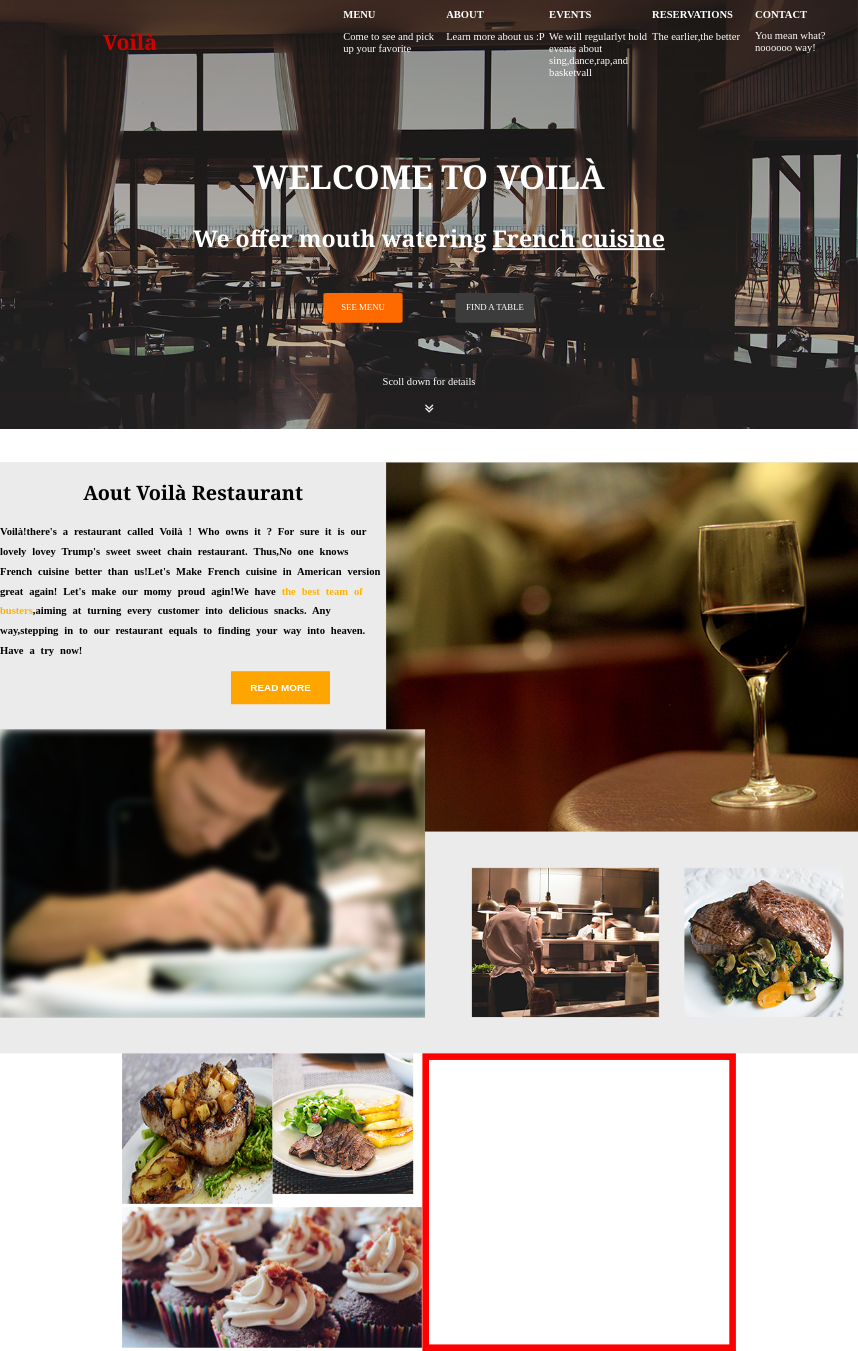
Repository: sis-shen/HTML_vsc
Page: adc_v2/index.html
An editor plug-in stored every save of this project. The page is shown before and after the next save, followed by the edit.
The browser window is 1280 px wide. The page is 1300 px wide, so the pictures cover 1300 px, including what lies to the right of the window. The pictures show the whole page, at 66% of full size.

Above is the page before, as saved 2023-08-17 09:10:38.

After the next save:
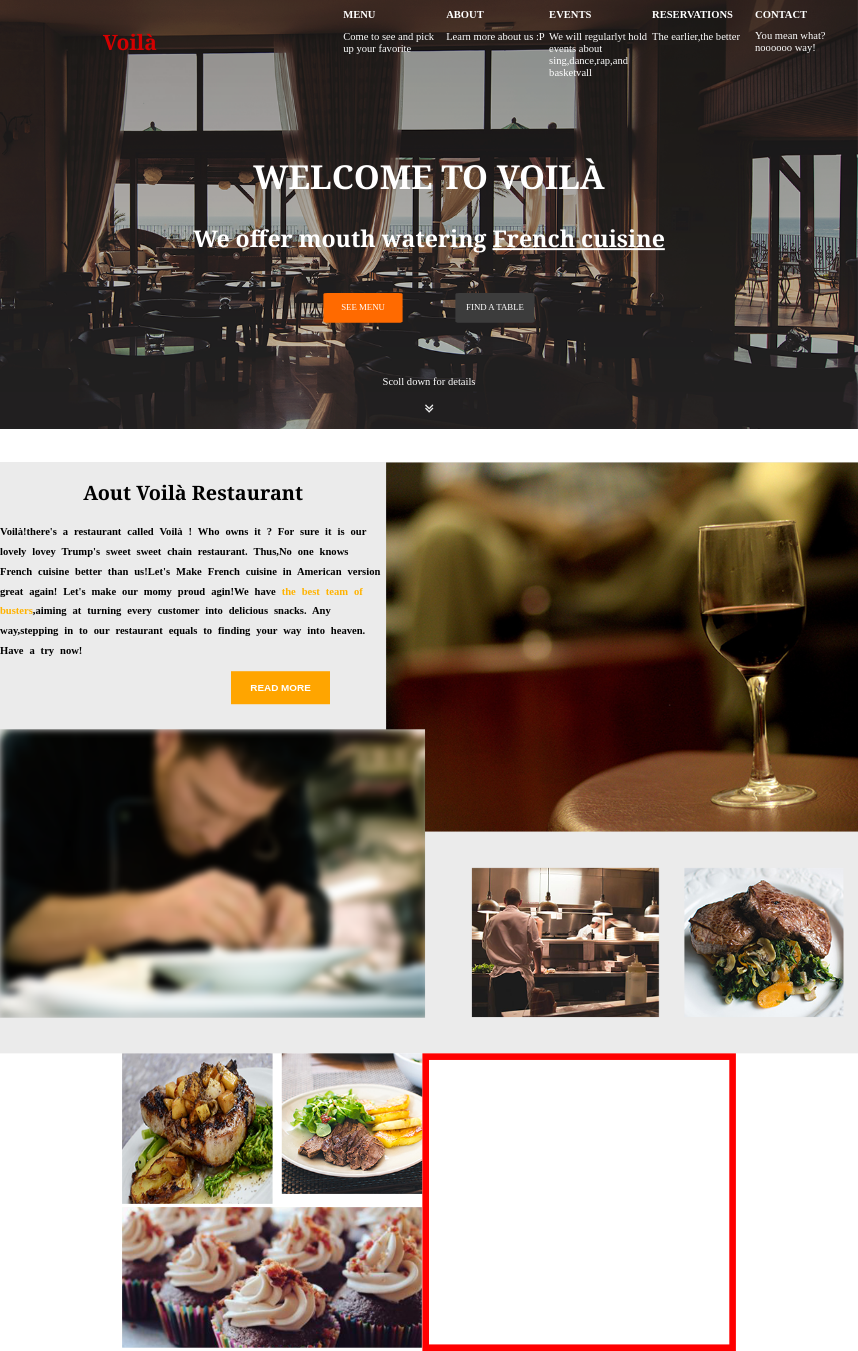
Saved 5 s later.
--- a/adc_v2/style.css
+++ b/adc_v2/style.css
@@ -272,7 +272,7 @@
                 width: 50%;
                 float: right;
                 img{
-                    float: left;
+                    float: right;
                 }
             }
         }

After the 2 saves that followed:
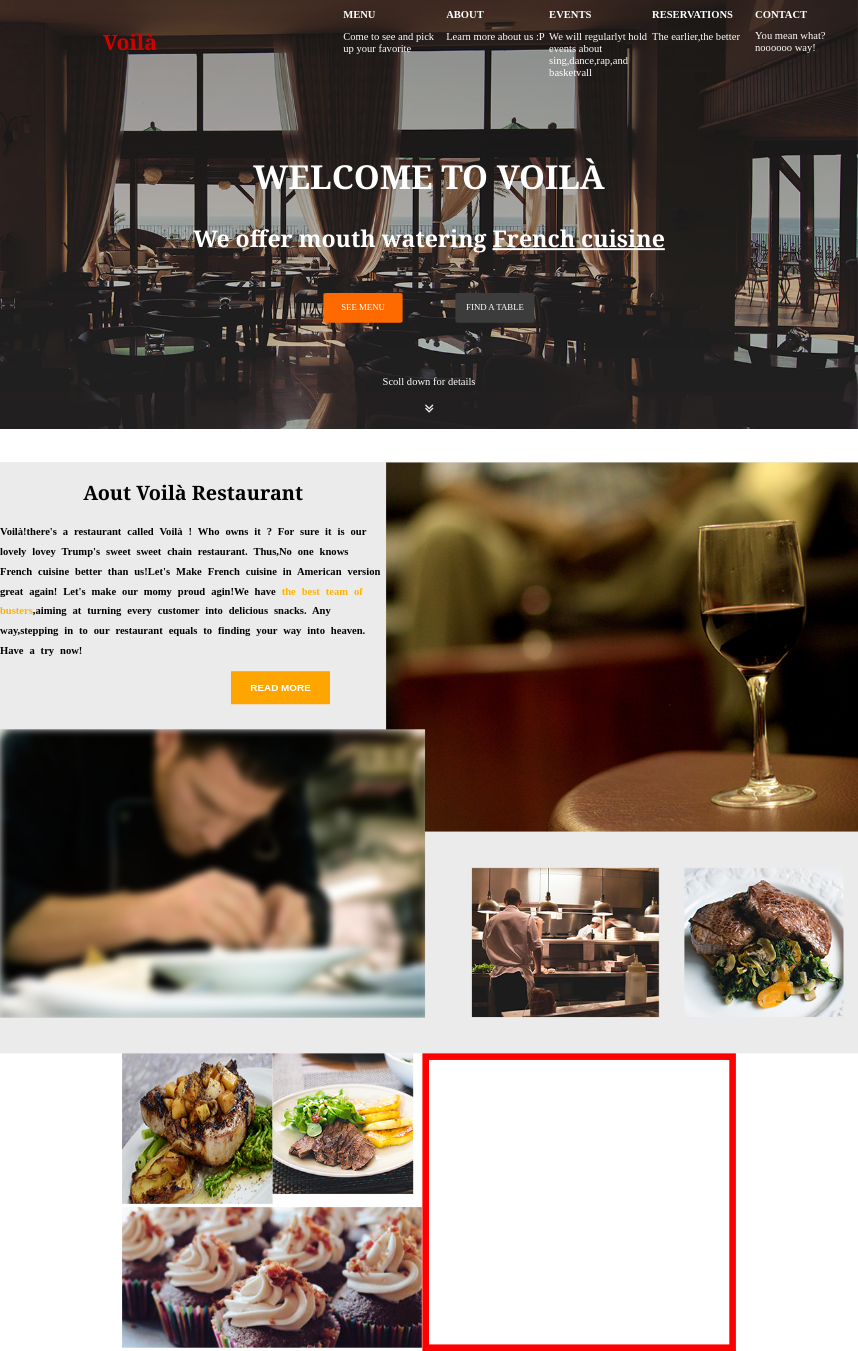
The 2 saves are shown as one change because 1 left the picture as it was.
The last was saved 45 s later.
--- a/adc_v2/style.css
+++ b/adc_v2/style.css
@@ -271,8 +271,8 @@
             .right{
                 width: 50%;
                 float: right;
-                img{
-                    float: right;
+                 img{
+                    object-fit: cover;
                 }
             }
         }
